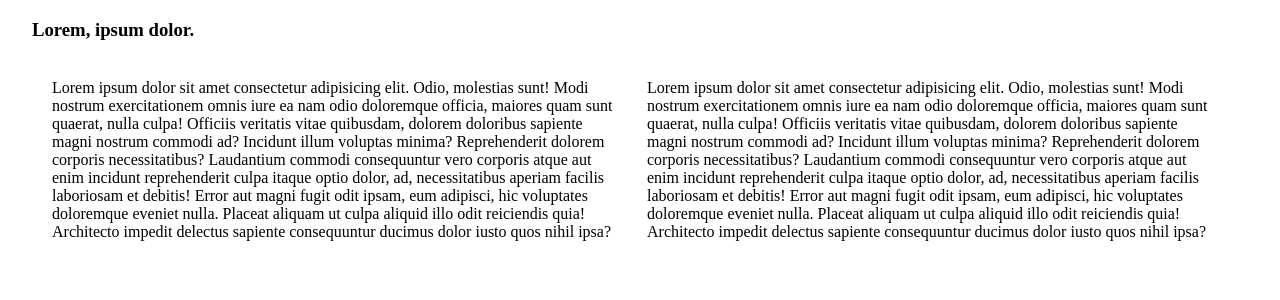
Repository: dinhhaidh/slider-book
Page: index.html
An editor plug-in stored every save of this project. The page is shown before and after the next save, followed by the edit.
The browser window is 1280 px wide. The pictures show the whole page.

Above is the page before, as saved 2024-01-15 09:35:20.

After the next save:
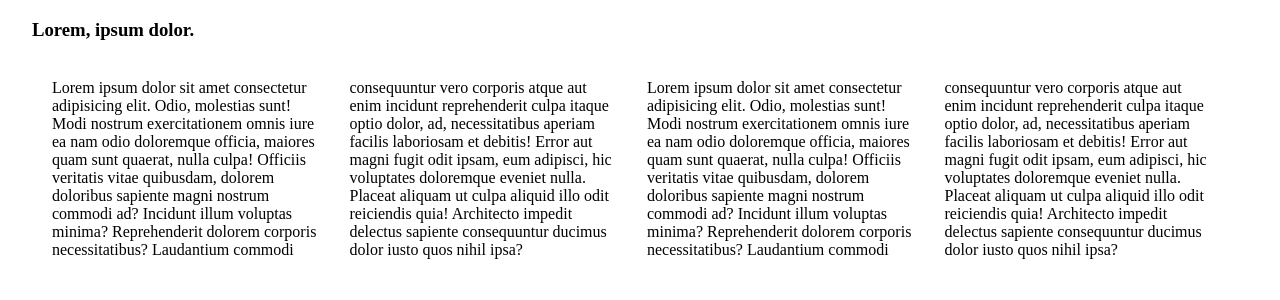
Saved 13 s later.
--- a/index.html
+++ b/index.html
@@ -11,7 +11,7 @@
         margin-inline: 1.5rem;
     }
     .content{
-        columns: 200px 2;
+        columns: 200px 4;
         column-gap: 30px;
         padding: 20px;
     }
